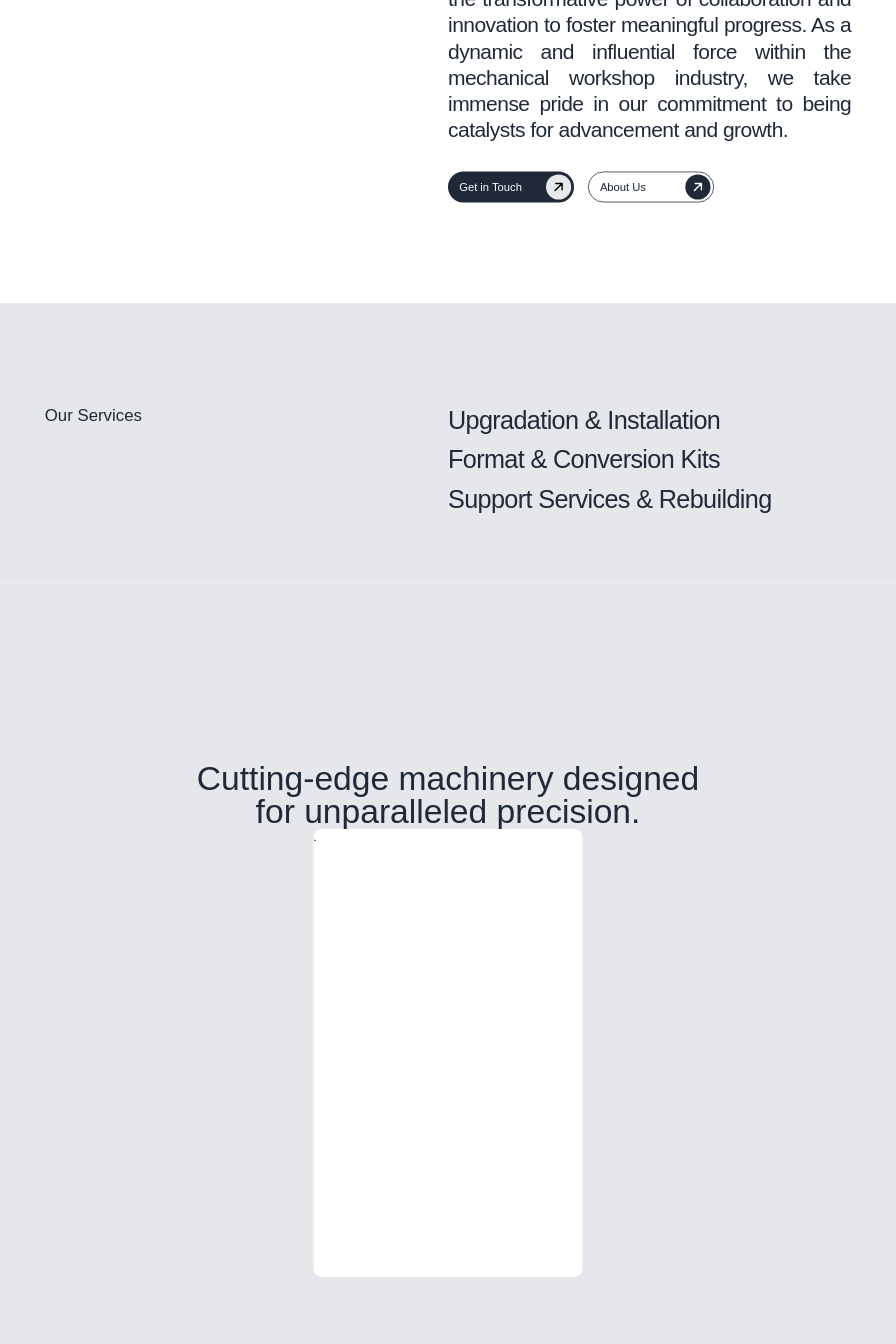
Repository: vespersolutionspk18/microtexwebsite
Page: /
An editor plug-in stored every save of this project. The page is shown before and after the next save, followed by the edit.
The browser window is 1280 px wide. The pictures show the part of the page from y = 1083 to 3003 px (the page is 3003 px tall before and 2963 px after), at 70% of full size.
Some web fonts or font styles are not loaded; a fallback is used. The project was rebuilt for these pictures with package versions that can differ from the ones it lists, and the page was loaded fresh each time. The framework's server and built-in components were replaced by stand-ins that run in the browser. Also part of the build but not shown: next.config.mjs.

Above is the page before, as saved 2024-11-18 21:27:27.

After the next save:
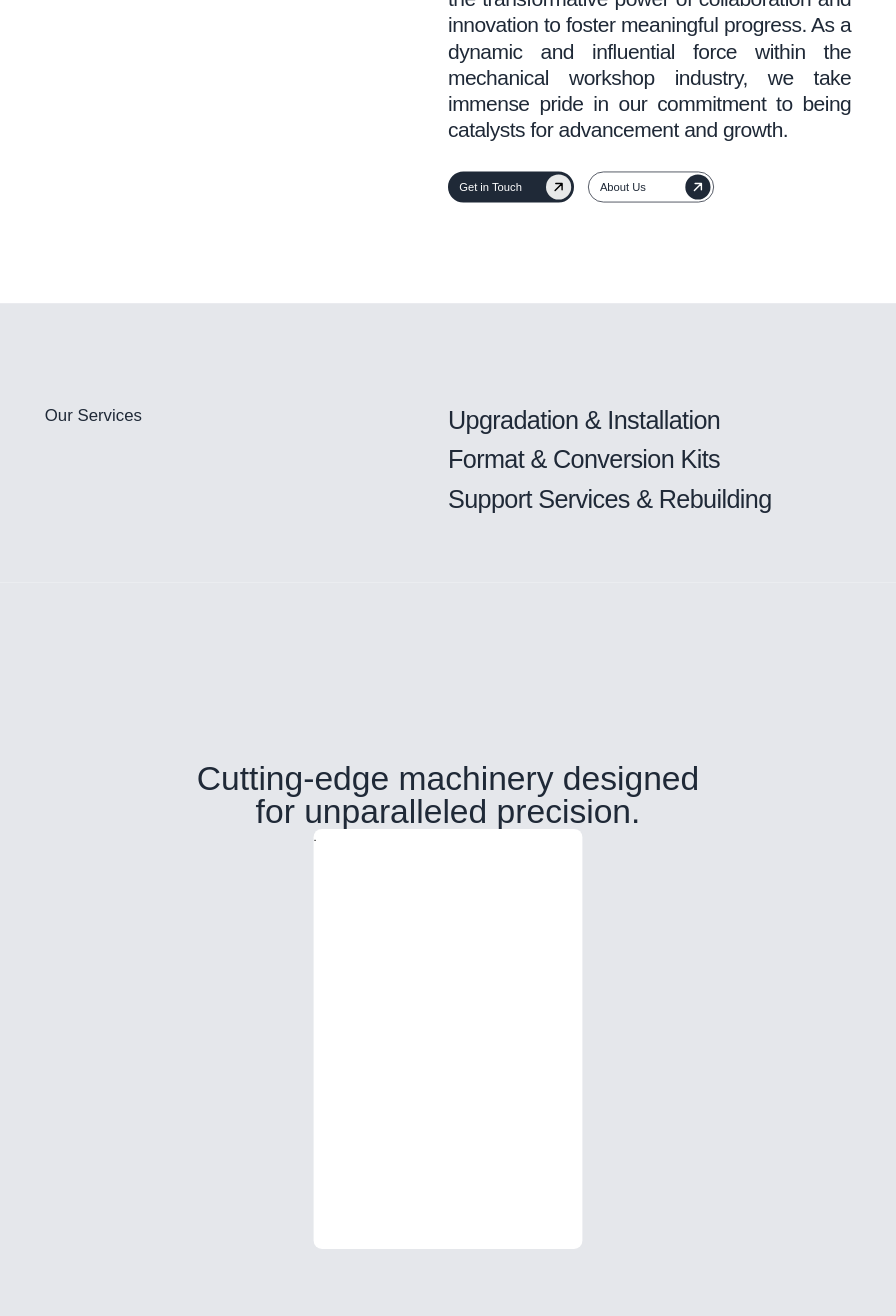
Saved 5 s later.
--- a/app/OurMachines.tsx
+++ b/app/OurMachines.tsx
@@ -5,7 +5,7 @@ const OurMachines = () => {
     <div className="flex flex-col bg-gray-200 md:pt-64 pr-16 pl-16 pb-24 items-center justify-evenly">
     <h3 className="font-light text-center text-gray-800 font-sans text-5xl">Cutting-edge machinery designed <br></br>for unparalleled precision.</h3>
     <div className="flex flex-row gap-10 items-center justify-evenly w-full">
-    <div className="h-[640px] w-1/3 bg-white rounded-xl">.</div>
+    <div className="h-[600px] w-1/3 bg-white rounded-xl">.</div>
     </div>
     </div>
   )
